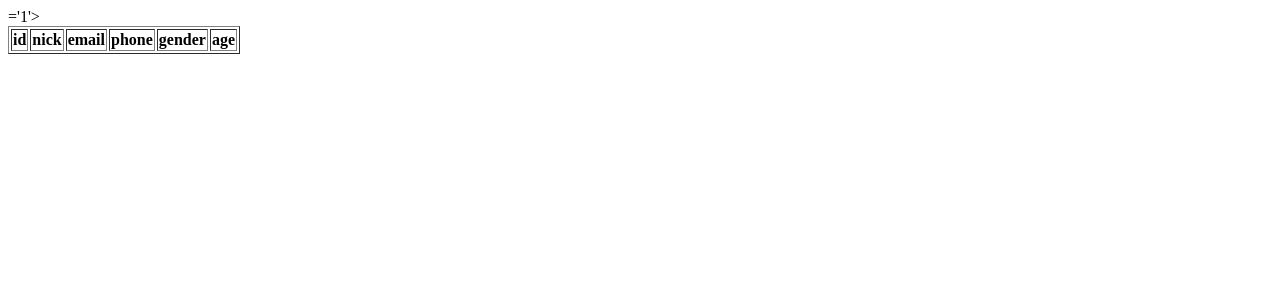
Repository: leejonggwon/Amora-Project
Page: http://localhost/MemberSystem/select.jsp
The author's editor kept a copy of each file at every save. The page is drawn from the files as they stood at one save, then again after the next save.
The browser window is 1280 px wide. The pictures show the whole page.
The page is served by Tomcat 9. Other server files are loaded and not shown. Queries for data that is not in the repository find no rows.

Above is the page before, as saved 2023-07-24 01:08:08.

### 04.Server/MemberSystem/src/main/webapp/select.jsp
<%@page import="java.sql.ResultSet"%>
<%@page import="java.sql.PreparedStatement"%>
<%@page import="java.sql.Connection"%>
<%@page import="java.sql.DriverManager"%>
<%@ page language="java" contentType="text/html; charset=EUC-KR"
    pageEncoding="EUC-KR"%>
<!DOCTYPE html>
<html>
<head>
<meta charset="EUC-KR">
<title>Insert title here</title>
</head>
<body>
	<%

    Class.forName("oracle.jdbc.driver.OracleDriver");

    String db_url = "jdbc:oracle:thin:@localhost:1521:xe";
    String db_id = "shopping";
    String db_pw = "12345";

    Connection conn = DriverManager.getConnection(db_url, db_id, db_pw);

    // sql문 실행
    String sql = "select id, nick, email, phone, gender, age from member";

    PreparedStatement psmt = conn.prepareStatement(sql);


    ResultSet rs = psmt.executeQuery();

    out.print("<table border ='1'>");
    out.print("<tr><th>id</th><th>nick</th><th>email</th><th>phone</th><th>gender</th><th>age</th></tr> ='1'>");

    while(rs.next()){
    	String id = rs.getString(1);
    	String nick = rs.getString(2);
    	String email = rs.getString(3);
    	String phone = rs.getString(4);
    	String gender = rs.getString(5);
    	int age = rs.getInt(6);

    	System.out.println(id+"/"+nick+"/"+email+"/"+phone+"/"+gender+"/"+age+"/");
    }

	%>


</body>
</html>

After the next save:
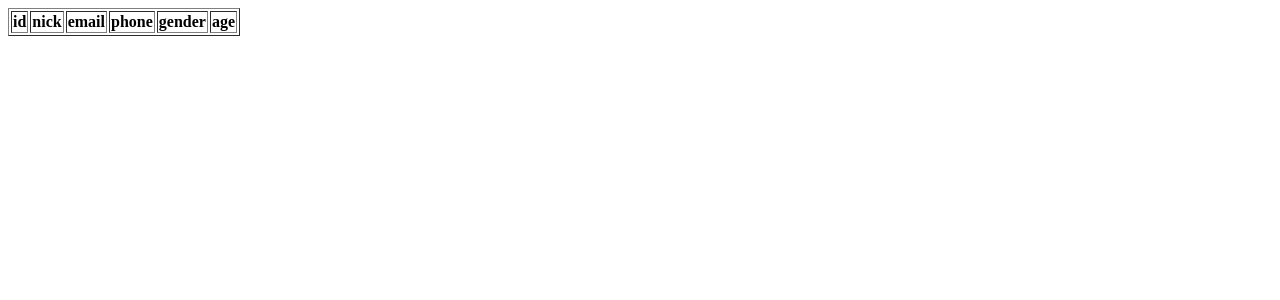
Saved 55 s later.
--- a/04.Server/MemberSystem/src/main/webapp/select.jsp
+++ b/04.Server/MemberSystem/src/main/webapp/select.jsp
@@ -30,7 +30,7 @@
     ResultSet rs = psmt.executeQuery();
 
     out.print("<table border ='1'>");
-    out.print("<tr><th>id</th><th>nick</th><th>email</th><th>phone</th><th>gender</th><th>age</th></tr> ='1'>");
+    out.print("<tr><th>id</th><th>nick</th><th>email</th><th>phone</th><th>gender</th><th>age</th></tr>");
 
     while(rs.next()){
     	String id = rs.getString(1);
